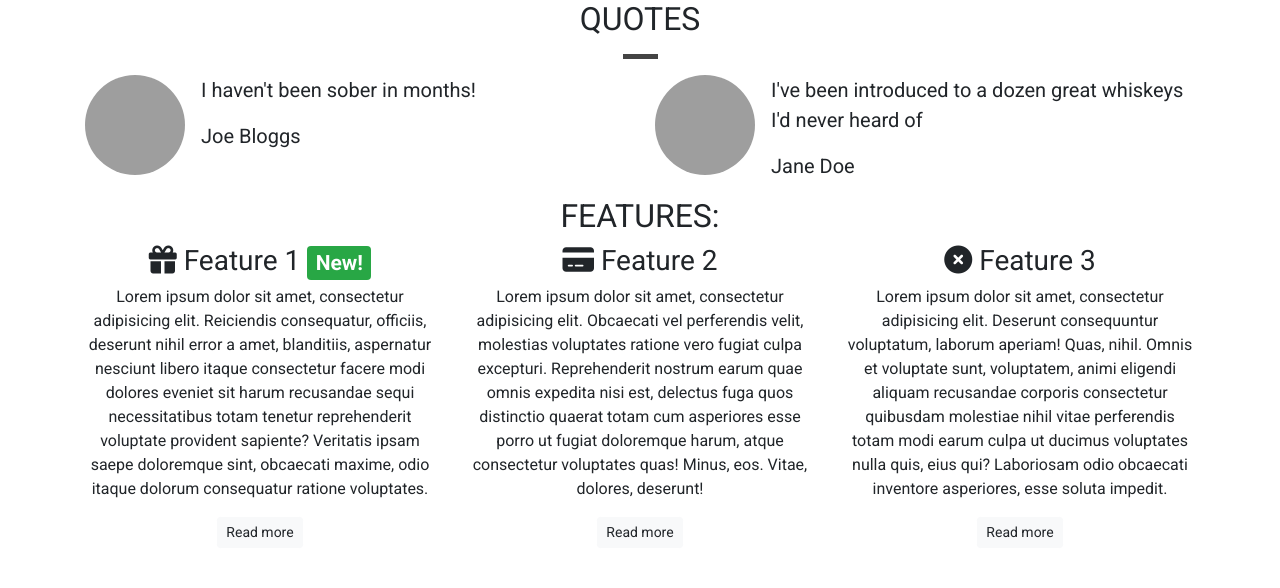
Repository: Matt-F90/Intro-to-bootstrap
Page: index.html
The author's editor kept a record of every edit. The page is drawn from the files as they stood at one moment, then again after the next edit.
The browser window is 1280 px wide. The pictures show the part of the page from y = 720 to 1337 px (the page is 1308 px tall before and 1337 px after).
Pictures or frames that could not be fetched are drawn as grey boxes. Backgrounds fixed to the window are drawn as part of the page. Some web libraries are served in a nearby version.

Above is the page before.
Console error: TypeError: Cannot read properties of undefined (reading 'fn')

### index.html
<!DOCTYPE html>
<html lang="en">

<head>
    <meta charset="UTF-8">
    <meta name="viewport" content="width=device-width, initial-scale=1.0">
    <meta http-equiv="X-UA-Compatible" content="ie=edge">
    <title>Whiskey Drop | Taste a new whiskey every month</title>
    <link rel="stylesheet" href="https://stackpath.bootstrapcdn.com/bootstrap/4.1.3/css/bootstrap.min.css" integrity="sha384-MCw98/SFnGE8fJT3GXwEOngsV7Zt27NXFoaoApmYm81iuXoPkFOJwJ8ERdknLPMO" crossorigin="anonymous">
    <script src="https://stackpath.bootstrapcdn.com/bootstrap/4.1.3/js/bootstrap.min.js" integrity="sha384-ChfqqxuZUCnJSK3+MXmPNIyE6ZbWh2IMqE241rYiqJxyMiZ6OW/JmZQ5stwEULTy" crossorigin="anonymous"></script>
    <script src="https://kit.fontawesome.com/f919e2be21.js" crossorigin="anonymous"></script>
    <link href="https://fonts.googleapis.com/css?family=Roboto:400,700&display=swap" rel="stylesheet">
    <link rel="stylesheet" href="css/style.css" type="text/css">

    <body>
        <div class="container-fluid navalert-container">
            <div class="container-fluid alert-container">
                <div class="row d-none d-sm-block">
                    <div class="col-12">
                        <div class="site-wide-alert alert alert-warning">
                            <strong>Sale now on!</strong> We've got a deal on! Get a 12 month subcription for the price of 6! <a href "/">See here for more details!</a>
                        </div>
                    </div>
                </div>
            </div>
            <nav class="navbar navbar-dark navbar-expand-sm">
                <a href="/" class="navbar-brand">Whiskey Drop</a>

                <button class="navbar-toggler ml-auto" type="button" data-toggle="collapse" data-target="#navbarNavDropdown" aria-controls="navbarNavDropdown" aria-expanded="false" aria-label="Toggle navigation">
        <span class="navbar-toggler-icon"></span></button>

                <div class="collapse navbar-collapse" id="navbarNavDropdown">

                    <ul class="navbar-nav mr-auto">
                        <li class="active nav-item mr-2"><a class="nav-link" href="/">Home</a></li>
                        <li class="nav-item mr-2"><a class="nav-link" href="/about">About</a></li>
                        <li class "nav-item dropdown">
                            <a class="nav-link dropdown-toggle" href="#" id="navbarDropdownMenuLink" role="button" data-toggle="dropdown" aria-haspopup="true" aria-expanded="false">
          Whiskeys</a>
                            <div class="dropdown-menu" aria-labelledby="navbarDropdownMenuLink">
                                <a class="dropdown-item" href="#">Irish</a>
                                <a class="dropdown-item" href="#">Scotch</a>
                                <a class="dropdown-item" href="#">Japanese</a>
                                <a class="dropdown-item" href="#">American</a>
                            </div>
                        </li>
                        <li class="nav-item mr-2 d-block d-sm-none"><a class="nav-link" href="/login">Sign Up / Sign In</a></li>
                    </ul>
                </div>
                <div class="d-none d-md-block">
                    <p class="navbar-text my-auto mr-2"><i>Great whiskey delivered to your door!</i></p>
                    <a href="/login" class="btn btn-cta btn-red">Sign Up / Sign In</a>
                </div>
            </nav>
        </div>

        <div class="container-fluid callout-container">
            <div class="opaque-overlay"> </div>
            <div class="row">
                <div class="col-12">
                    <section class="callout jumbotron text-center">
                        <h1 class="jumbotron-header">The finest whiskeys delivered to your doorstep</h1>
                        <hr class="block-divider">
                        <p class="lead">Sign up today to start recieving the world's greatest whiskeys.
                            <s class="d-none d-sm-inline">£19.99</s>
                            <span class="d-inline d-sm-none"><br></span>
                            <strong><mark>First one is free!</mark></strong></p>
                        <button class="btn btn-lg btn-cta btn-red" data-toggle="modal" data-target="#signUpModal">Sign up!</button>
                        <p class="text-muted"><small>You must be over 18 to sign up for our service. Please, drink responsibly</small></p>
                    </section>
                </div>
            </div>
        </div>




        <div class="container  quotes-container">
            <section class="quotes">
                <div class="row">
                    <div class="col-12 page-header">
                        <h2 class="text-uppercase">Quotes</h2>
                        <hr class="block-divider block-divider-short">
                    </div>
                </div>
                <div class="row">
                    <div class="col-12 col-md-6">
                        <div class="media">
                            <div class="d-none d-sm-block">
                                <img src="images/guy-image.png" class="rounded-circle mr-3" height=100 width=100>
                            </div>
                            <div class="media-body">
                                <blockquote class="blockquote">
                                    <p>I haven't been sober in months!</p>
                                    <p>Joe Bloggs</p>
                                </blockquote>
                            </div>
                        </div>
                    </div>
                    <div class="col-12 col-md-6">
                        <div class="media">
                            <div class="d-none d-sm-block">
                                <img src="images/girl-image.png" class="rounded-circle mr-3" height=100 width=100>
                            </div>
                            <div class="media-body">
                                <blockquote class="blockquote">
                                    <p>I've been introduced to a dozen great whiskeys I'd never heard of</p>
                                    <p>Jane Doe</p>
                                </blockquote>
                            </div>
                        </div>
                    </div>
                </div>
            </section>
        </div>

        <div class="container features-container">
            <section class="features">
                <div class="row">
                    <div class="col-12 page-header">
                        <h2 class="text-uppercase">Features:</h2>
                    </div>
                </div>
                <div class="row">
                    <div class="col-12 col-md-6 col-lg-4">
                        <div class="feature">
                            <h3><i class="fas fa-gift d-none d-sm-inline"></i> Feature 1 <span class="badge badge-success d-none d-sm-inline">New!</span></h3>
                            <p>Lorem ipsum dolor sit amet, consectetur adipisicing elit. Reiciendis consequatur, officiis, deserunt nihil error a amet, blanditiis, aspernatur nesciunt libero itaque consectetur facere modi dolores eveniet sit harum recusandae
                                sequi necessitatibus totam tenetur reprehenderit voluptate provident sapiente? Veritatis ipsam saepe doloremque sint, obcaecati maxime, odio itaque dolorum consequatur ratione voluptates.</ipsum50>
                            </p>
                            <p><a class="btn btn-sm btn-light">Read more</a></p>
                        </div>
                    </div>
                    <div class="col-12 col-md-6 col-lg-4">
                        <div class="feature">
                            <h3><i class="fas fa-credit-card d-none d-sm-inline"></i> Feature 2 </h3>
                            <p>Lorem ipsum dolor sit amet, consectetur adipisicing elit. Obcaecati vel perferendis velit, molestias voluptates ratione vero fugiat culpa excepturi. Reprehenderit nostrum earum quae omnis expedita nisi est, delectus fuga quos
                                distinctio quaerat totam cum asperiores esse porro ut fugiat doloremque harum, atque consectetur voluptates quas! Minus, eos. Vitae, dolores, deserunt!</p>
                            <p><a class="btn btn-sm btn-light">Read more</a></p>
                        </div>
                    </div>
                    <div class="col-12 d-md-none d-lg-block col-lg-4">
                        <div class="feature">
                            <h3><i class="fas fa-times-circle d-none d-sm-inline">
                                </i> Feature 3</h3>
                            <p>Lorem ipsum dolor sit amet, consectetur adipisicing elit. Deserunt consequuntur voluptatum, laborum aperiam! Quas, nihil. Omnis et voluptate sunt, voluptatem, animi eligendi aliquam recusandae corporis consectetur quibusdam
                                molestiae nihil vitae perferendis totam modi earum culpa ut ducimus voluptates nulla quis, eius qui? Laboriosam odio obcaecati inventore asperiores, esse soluta impedit.</p>
                            <p><a class="btn btn-sm btn-light">Read more</a></p>
                        </div>
                    </div>
                </div>
            </section>
        </div>


        <div class="modal" tabindex="-1" role="dialog" id="signUpModal">
            <div class="modal-dialog" role="document">
                <div class="modal-content">
                    <div class="modal-header">
                        <h5 class="modal-title">Sign Up To Whiskey Drop</h5>
                        <button type="button" class="close" data-dismiss="modal" aria-label="Close">
          <span aria-hidden="true">&times;</span>
        </button>
                    </div>
                    <div class="modal-body">

                        <form>
                            <div class="form-group">
                                <label for="exampleInputEmail1">Email address</label>
                                <input type="email" class="form-control" id="exampleInputEmail1" aria-describedby="emailHelp" placeholder="Enter email">
                                <small id="emailHelp" class="form-text text-muted">We'll never share your email with anyone else.</small>
                            </div>
                            <div class="form-group">
                                <label for="password">Password</label>
                                <input type="password" class="form-control" id="password" placeholder="Password">
                            </div>
                            <div class="form-group">
                                <label for="repeatpassword">Repeat Password</label>
                                <input type="password" class="form-control" id="exampleInputPassword1" placeholder="Password">
                            </div>
                            <button type="submit" class="btn btn-success">Submit</button>
                        </form>

                    </div>
                </div>
            </div>
        </div>

        <script src="https://code.jquery.com/jquery-3.3.1.slim.min.js" integrity="sha384-q8i/X+965DzO0rT7abK41JStQIAqVgRVzpbzo5smXKp4YfRvH+8abtTE1Pi6jizo" crossorigin="anonymous"></script>
        <script src="https://cdnjs.cloudflare.com/ajax/libs/popper.js/1.14.3/umd/popper.min.js" integrity="sha384-ZMP7rVo3mIykV+2+9J3UJ46jBk0WLaUAdn689aCwoqbBJiSnjAK/l8WvCWPIPm49" crossorigin="anonymous"></script>
        <script src="https://stackpath.bootstrapcdn.com/bootstrap/4.1.3/js/bootstrap.min.js" integrity="sha384-ChfqqxuZUCnJSK3+MXmPNIyE6ZbWh2IMqE241rYiqJxyMiZ6OW/JmZQ5stwEULTy" crossorigin="anonymous"></script>
    </body>

</html>

### css/style.css
body {
  font-family: 'Roboto', sans-serif;
}

.container-wrapper {

}

.container-wrapper-red {
  background-color: red;
  color:white;
}


.alert-container .col-12 {
    padding-left: 0;
    padding-right: 0;
}

.site-wide-alert {
    color: #544600;
    background-color: #eec802;
    border-color: #eec802;
    padding: 5px 15px;
    margin-bottom: 0;
    border: 1px solid transparent;
    border-radius: 0;
}

.callout-container{
  height: 100vh;

  background: url(https://image.shutterstock.com/image-photo/bottle-glass-whiskey-on-wooden-260nw-304241285.jpg) no-repeat bottom right fixed;
  -webkit-background-size: cover;
  -moz-background-size: cover;
  -o-background-size: cover;
  background-size: cover;

  display: flex;
  align-items: center;
  justify-content: center;

  position: relative;

}

.opaque-overlay {
  position: absolute;
  top: 0;
  left: 0;
  height: 100%;
  width: 100%;
  background-color: rgba(0,0,0,0.5);
}

.quotes-container{}

.features-container {}

.page-header {
  margin-top: 0;
  border-bottom: 0;
  text-align: center;
}

.page-header h2 {
 margin-top: 0;
}

.navalert-container {
  position: absolute;
  top: 0;
  left: 0;
  padding-left: 0;
  padding-right: 0;
  z-index: 1;
}

.navbar {
  margin-bottom: 0;
  border: 0;
  width: 100%;
  background-color: rgba(0,0,0,0.5);
}


.jumbotron {
  background-color: transparent;
}

.jumbotron h1 {
  color: white;
  font-weight: bold;
  margin-top: 90px;
}

.jumbotron .lead {
  color: antiquewhite;
  margin: 25px 0;
}

.block-divider {
    width: 75px;
    height: 5px;
    border: 0;
    background-color: #444
}

.block-divider-orange {
  background-color: orange
}

.block-divider-white {
  background-color: white;
}

.block-divider-short {
    width: 35px;
}

.content-container {
  padding-top: 75px;
  padding-bottom: 75px;
}

.btn-cta {
  font-weight: bold;
  border-radius: 23px;
  width: 160px;
}


.btn-red {
  color: white;
  background-color: red;
  border-color: red;

}

.feature .btn {
  color: red;
}


.btn-red:hover,
.btn-red:active,
.btn-red:focus,
.btn-red:focus:active {
  background-color:#960a0a;
  border-color:#960a0a;
  color: antiquewhite;
}

.feature {
  text-align: center;
  margin-bottom: 40px
}

After the next edit:
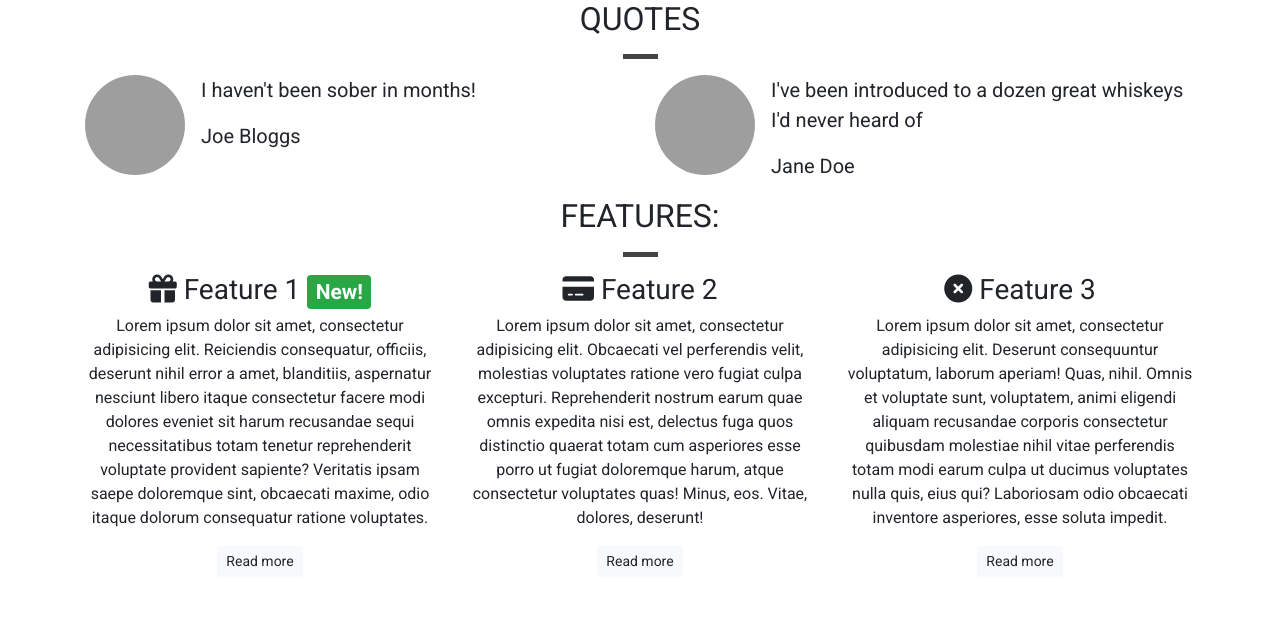
The edit:
--- a/index.html
+++ b/index.html
@@ -119,6 +119,7 @@
                 <div class="row">
                     <div class="col-12 page-header">
                         <h2 class="text-uppercase">Features:</h2>
+                        <hr class="block-divider block-divider-short">
                     </div>
                 </div>
                 <div class="row">
